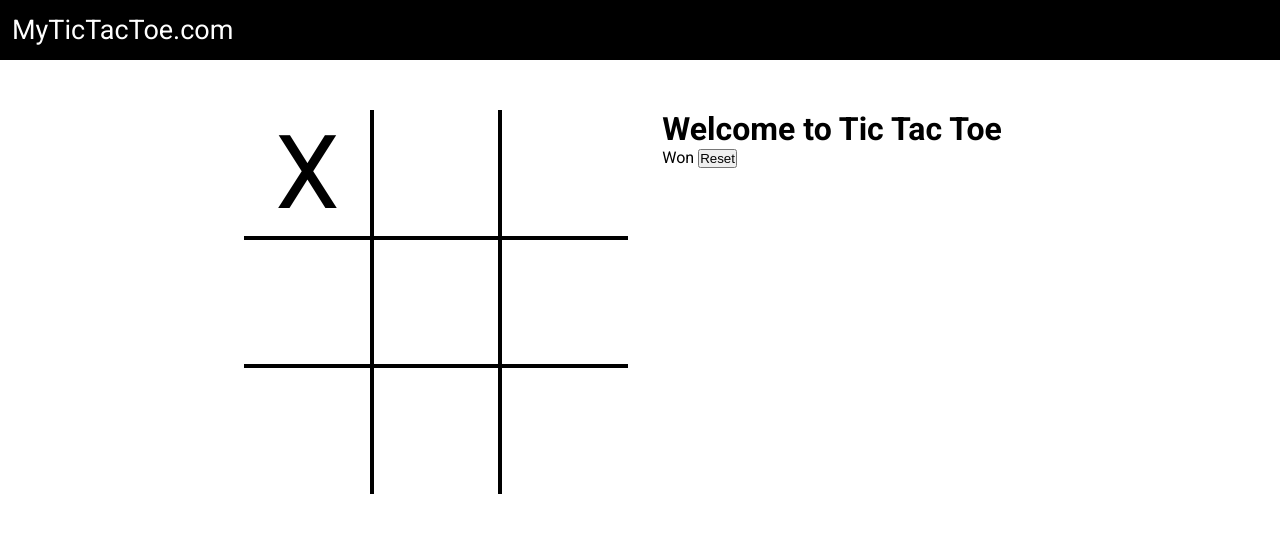
Repository: AshwinUgale/TicTacToe
Page: index.html
The author's editor kept a copy of each file at every save. The page is drawn from the files as they stood at one save, then again after the next save.
The browser window is 1280 px wide. The pictures show the whole page.
After loading, the first visible `div.box` was clicked once.

Above is the page before, as saved 2024-12-19 12:42:27.

### index.html
<!DOCTYPE html>
<html lang="en">
<head>
  <meta charset="UTF-8">
  <meta name="viewport" content="width=device-width, initial-scale=1.0">
  <title>Tic Tac Toe</title>
  <link rel="stylesheet" href="style.css">
</head>
<body>
    <nav>
      <ul>
        <li>MyTicTacToe.com</li>
      </ul>
    </nav>
    <div class="gameContainer">
      <div class="container">
        <div class="box bt-0 bl-0 "><span class="boxtext"></span></div>
        <div class="box bt-0"><span class="boxtext"></span></div>
        <div class="box bt-0 br-0"><span class="boxtext"></span></div>
        <div class="box bl-0"><span class="boxtext"></span></div>
        <div class="box"><span class="boxtext"></span></div>
        <div class="box br-0"><span class="boxtext"></span></div>
        <div class="box bl-0 bb-0"><span class="boxtext"></span></div>
        <div class="box bb-0"><span class="boxtext"></span></div>
        <div class="box bb-0 br-0"><span class="boxtext"></span></div>
      </div>
      <div class="gameInfo">
        <h1>Welcome to Tic Tac Toe</h1>
        <div>
          <span class="info">Turn for X</span>
          <button id="reset">Reset</button>
        </div>
        <div class="imgbox">
          <img src="excited.gif" alt="" srcset="">
        </div>
      </div>
    </div>
    <script src="script.js"></script>
</body>
</html>
<link rel="stylesheet"

### style.css
@import url('https://fonts.googleapis.com/css2?family=Roboto:ital,wght@0,100;0,300;0,400;0,500;0,700;0,900;1,100;1,300;1,400;1,500;1,700;1,900&display=swap');

*{
    margin: 0;
    padding: 0;
}

nav {
    background-color: black;
    color: white;
    height: 60px;
    font-size: 27px;
    display: flex;
    align-items: center;
    padding: 0 12px;
    font-family: "Roboto", serif;
}

nav ul{
    list-style-type: none;
}

.gameContainer{
    display: flex;
    justify-content: center;
    margin-top: 50px;
}

.container{
    display: grid;
    grid-template-rows: repeat(3,10vw);
    grid-template-columns: repeat(3,10vw);
    font-family:"Roboto", serif;
}

.box{
    border: 2px solid black;
    font-size: 8vw;
    cursor: pointer;
    display: flex;
    justify-content: center;
    align-items: center;
}

.box:hover{
    background-color: rgb(243, 236, 250);
}

.gameInfo{
    padding: 0 34px;
    font-family:"Roboto", serif;
}

.imgbox img{
    width: 0;
    transition: width 1s ease-in-out;
}

.br-0{
    border-right: 0;
}

.bl-0{
    border-left: 0;
}

.bt-0{
    border-top: 0;
}

.bb-0{
    border-bottom: 0;
}

### script.js
let music = new Audio("music.mp3")
let audioTurn = new Audio("ting.mp3")
let audioGameover = new Audio("gameover.mp3")
let turn = "X"
let gameover = false

const changeTurn=()=>{
    return turn ==="X"?"0":"X"
}

const checkWin = ()=>{
    let boxtext = document.getElementsByClassName('boxtext');
    let wins = [
        [0,1,2],
        [3,4,5],
        [6,7,8],
        [0,3,6],
        [1,4,7],
        [2,5,8],
        [0,4,8],
        [2,4,6],
    ]
    wins.forEach(e=>{
        if((boxtext[e[0]].innerText === boxtext[e[1]].innerText)&&(boxtext[e[2]].innerText === boxtext[e[1]].innerText)&&boxtext[e[0]].innerText!==" "){
            document.querySelector('.info').innerText=boxtext[e[0]].innerText+" Won"
            gameover = true;
        }

    })

}

let boxes = document.getElementsByClassName("box")
Array.from(boxes).forEach(element=>{
    let boxtext = element.querySelector('.boxtext');
    element.addEventListener('click',()=>{
        if(boxtext.innerText === ''){
            boxtext.innerText = turn;
            turn = changeTurn();
            audioTurn.play();
            checkWin();
            if(!gameover){
                document.getElementsByClassName("info")[0].innerText = "Turn for "+turn;
            }

        }
    })
})

After the next save:
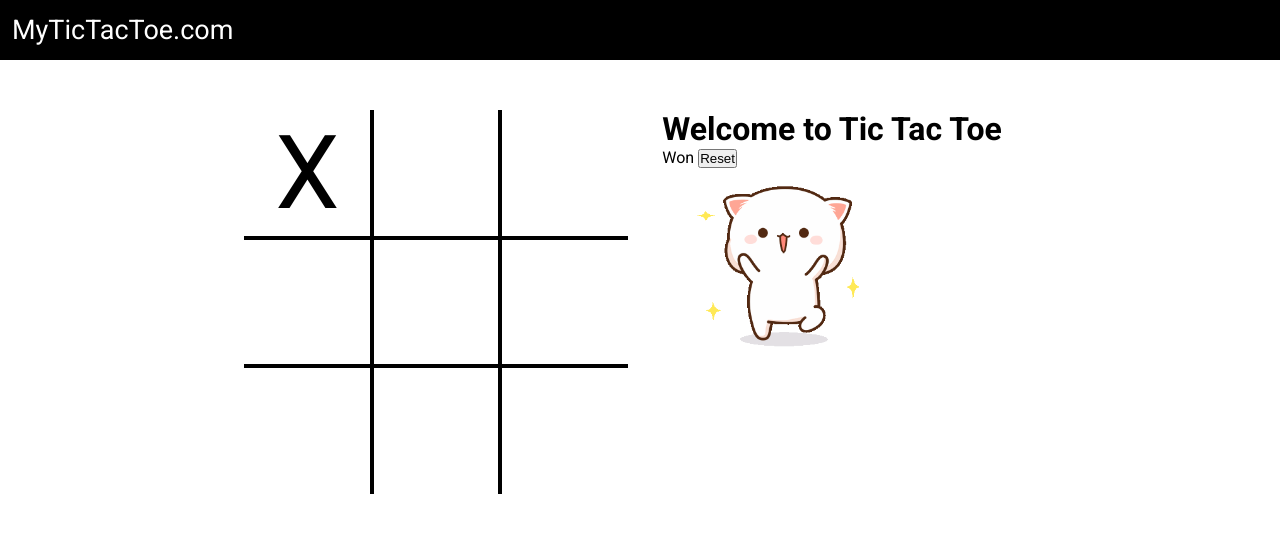
Saved 85 s later.
--- a/script.js
+++ b/script.js
@@ -24,6 +24,7 @@
         if((boxtext[e[0]].innerText === boxtext[e[1]].innerText)&&(boxtext[e[2]].innerText === boxtext[e[1]].innerText)&&boxtext[e[0]].innerText!==" "){
             document.querySelector('.info').innerText=boxtext[e[0]].innerText+" Won"
             gameover = true;
+            document.querySelector('.imgbox').getElementsByTagName('img')[0].style.width = "200px"
         }
 
     })

After the save that followed:
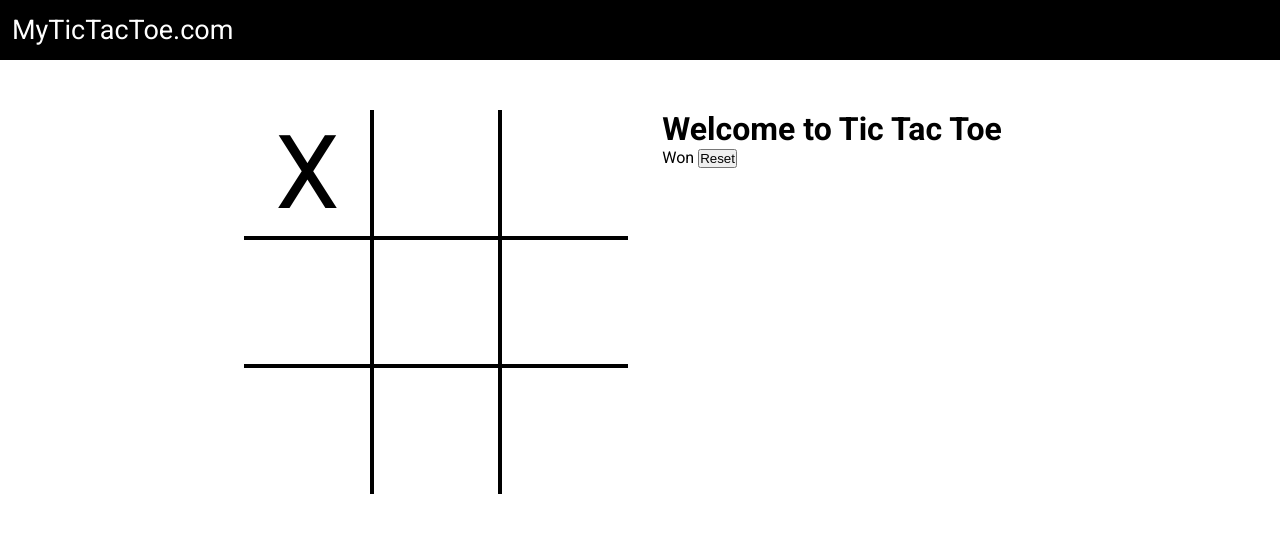
Saved 2 min 37 s later.
--- a/script.js
+++ b/script.js
@@ -24,7 +24,7 @@
         if((boxtext[e[0]].innerText === boxtext[e[1]].innerText)&&(boxtext[e[2]].innerText === boxtext[e[1]].innerText)&&boxtext[e[0]].innerText!==" "){
             document.querySelector('.info').innerText=boxtext[e[0]].innerText+" Won"
             gameover = true;
-            document.querySelector('.imgbox').getElementsByTagName('img')[0].style.width = "200px"
+            //document.querySelector('.imgbox').getElementsByTagName('img')[0].style.width = "200px"
         }
 
     })
